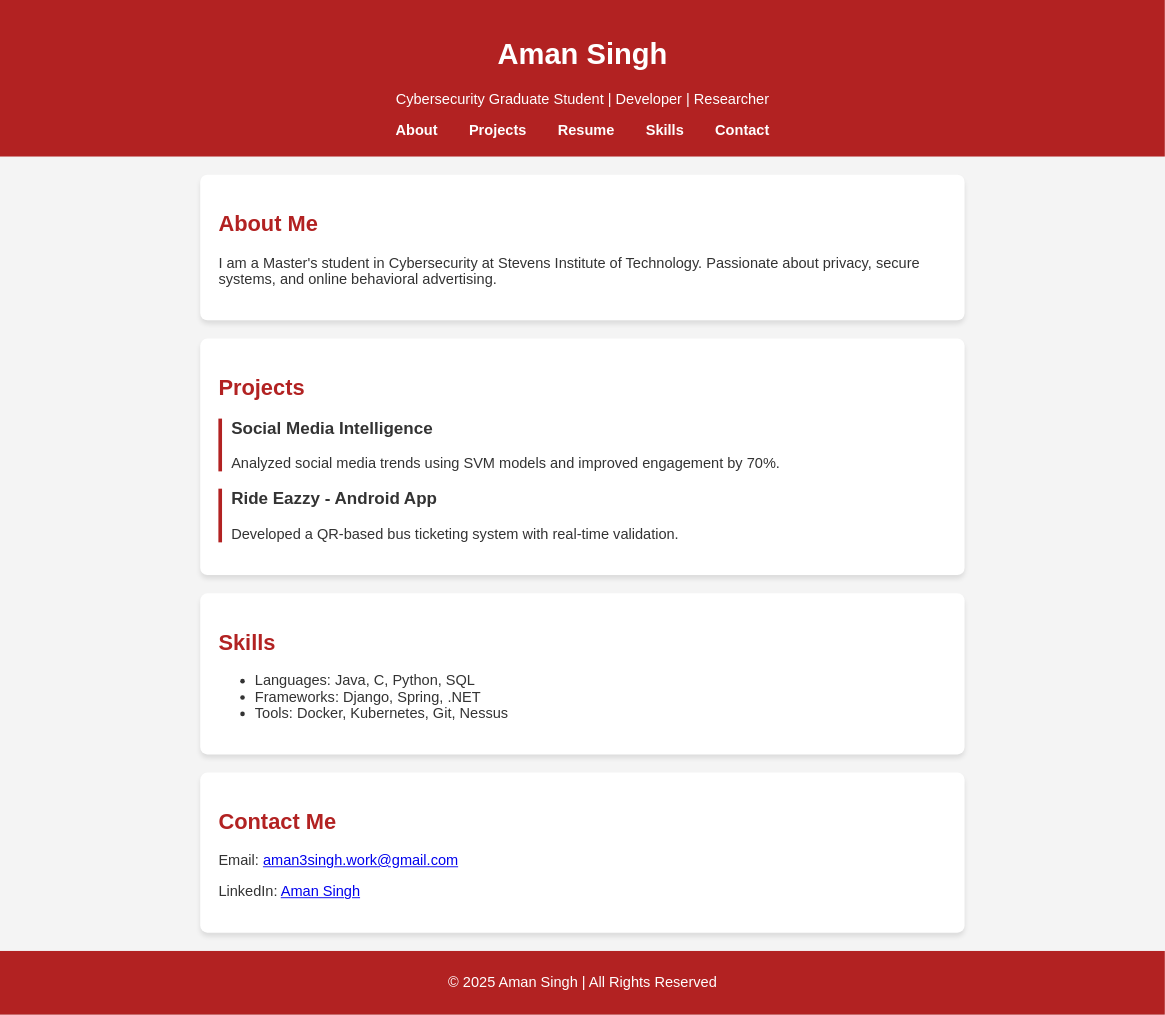
Repository: aman3singh/portfolio
Page: index.html
An editor plug-in stored every save of this project. The page is shown before and after the next save, followed by the edit.
The browser window is 1280 px wide. The pictures show the whole page, at 91% of full size.

Above is the page before, as saved 2025-02-11 16:34:04.

After the next save:
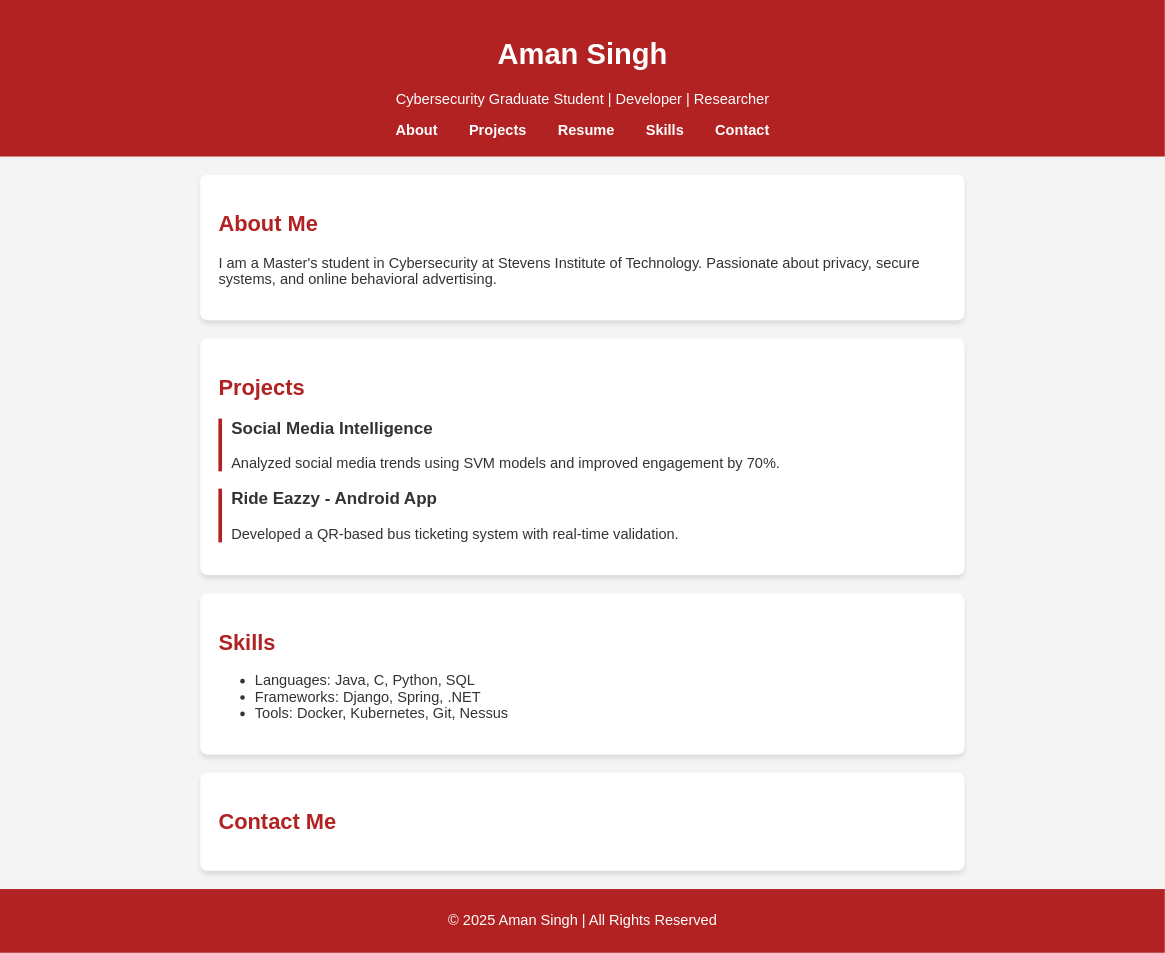
Saved 5 min 36 s later.
--- a/index.html
+++ b/index.html
@@ -47,8 +47,17 @@
 
     <section id="contact">
         <h2>Contact Me</h2>
-        <p>Email: <a href="mailto:aman3singh.work@gmail.com">aman3singh.work@gmail.com</a></p>
-        <p>LinkedIn: <a href="https://www.linkedin.com/in/aman-singh7/" target="_blank">Aman Singh</a></p>
+        <div class="social-links">
+            <a href="mailto:aman3singh.work@gmail.com" target="_blank">
+                <i class="fas fa-envelope"></i>
+            </a>
+            <a href="https://www.linkedin.com/in/aman-singh7/" target="_blank">
+                <i class="fab fa-linkedin"></i>
+            </a>
+            <a href="https://github.com/aman3singh" target="_blank">
+                <i class="fab fa-github"></i>
+            </a>
+        </div>
     </section>
 
     <footer>
